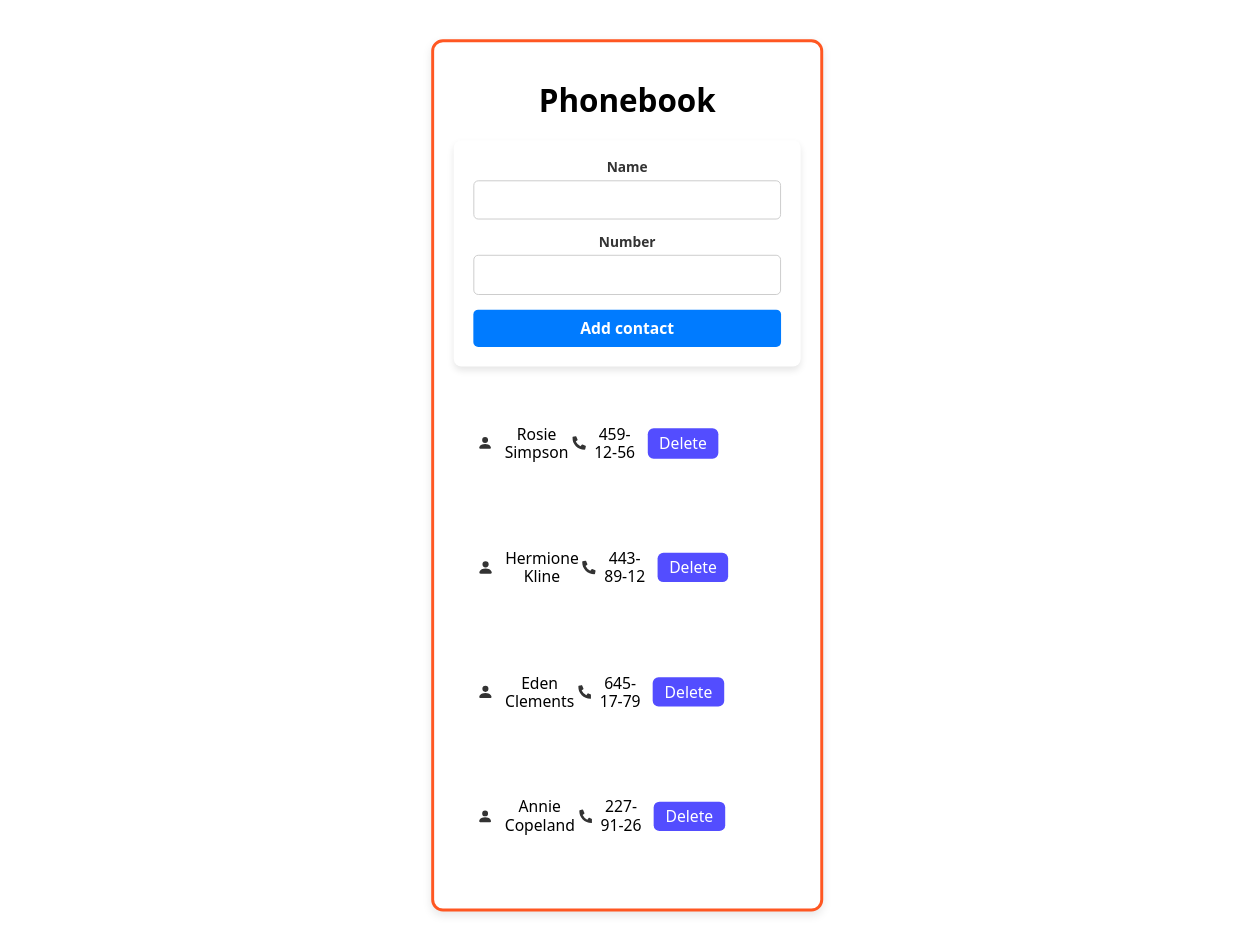
Repository: Evgeniya-Tishakova/goit-react-hw-03
Page: /
An editor plug-in stored every save of this project. The page is shown before and after the next save, followed by the edit.
The browser window is 1280 px wide. The pictures show the whole page, at 98% of full size.
The project was rebuilt for these pictures with package versions that can differ from the ones it lists, and the page was loaded fresh each time. Also part of the build but not shown: vite.config.js, src/index.css.

Above is the page before, as saved 2025-03-09 15:44:31.

After the next save:
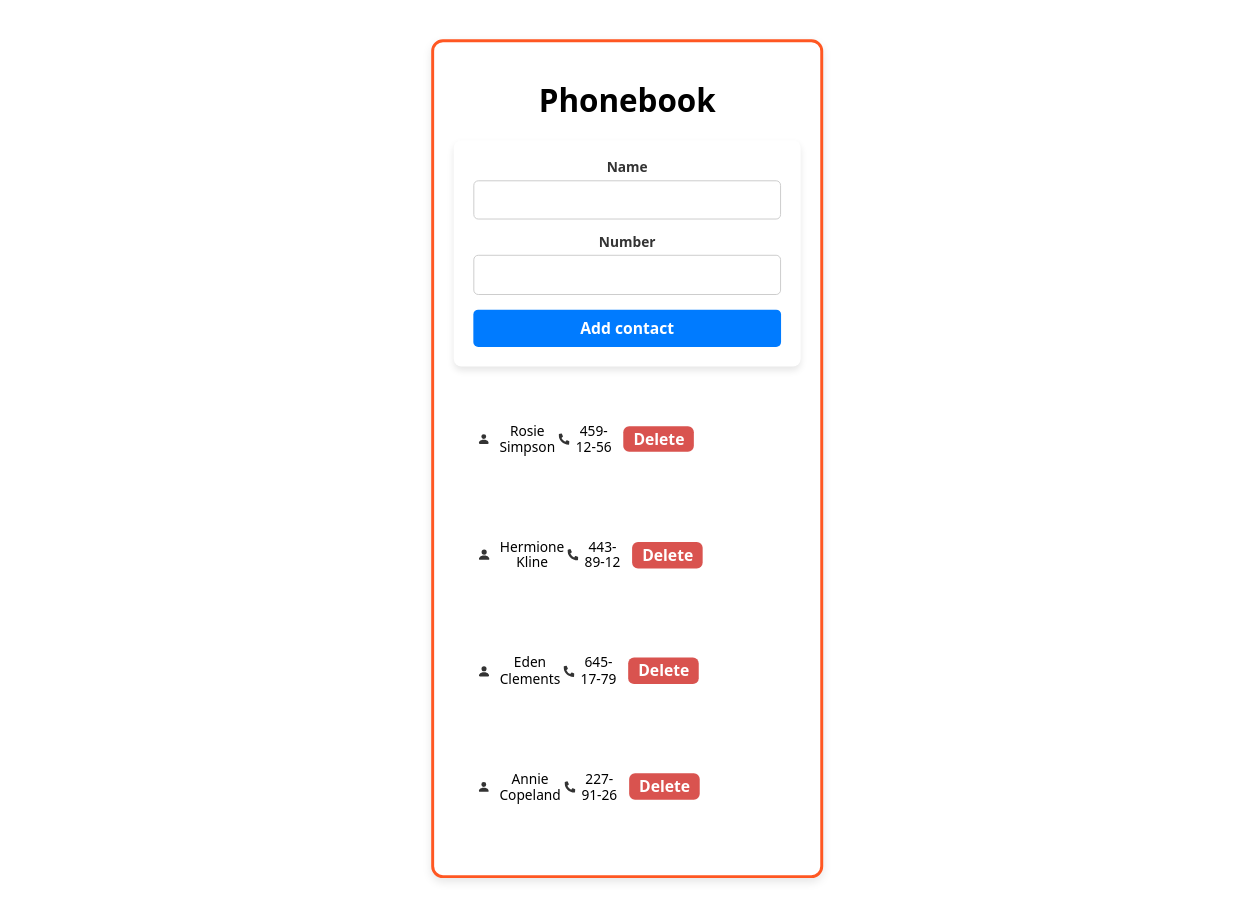
Saved 24 s later.
--- a/src/components/Contact/Contact.module.css
+++ b/src/components/Contact/Contact.module.css
@@ -11,47 +11,79 @@
 
 
 
+.list {
+    display: flex;
+    flex-wrap: wrap;
+    gap: 10px;
+    padding: 0;
+    margin-top: 20px;
+    justify-content: flex-start;
+    list-style: none;
+}
+
+.item {
+    flex: 1 1 calc(33.333% - 10px);
+    /* По 3 контакта в ряд */
+    max-width: 250px;
+    min-width: 200px;
+}
+
+📌 Contact.module.css css Копировать Редактировать .contact {
+    display: flex;
+    justify-content: space-between;
+    align-items: center;
+    padding: 10px;
+    border: 2px solid #333;
+    border-radius: 8px;
+    background-color: #f8f8f8;
+    width: 100%;
+    transition: background-color 0.3s ease-in-out, transform 0.2s ease-in-out;
+}
+
+.contact:hover {
+    background-color: #e0e0e0;
+    transform: scale(1.02);
+}
+
 /* Контейнер для имени и номера */
-.container {
+.contact-info {
     display: flex;
     flex-direction: column;
-    justify-content: center;
-
-    /* Центрирует текст относительно кнопки */
     gap: 4px;
 }
 
 /* Контейнер для текста и иконки */
 .text {
+    font-size: 14px;
+    display: flex;
+    align-items: center;
+    gap: 6px;
+}
+
+/* Иконки */
+.icon {
+    color: #333;
     font-size: 16px;
     display: flex;
     align-items: center;
-    /* Выровнять иконку по центру */
-    gap: 8px;
-}
-
-/* Иконки выравниваются по центру */
-.icon {
-    color: #333;
-    font-size: 18px;
-    display: flex;
-    align-items: center;
     justify-content: center;
-    width: 24px;
-    height: 24px;
+    width: 20px;
+    height: 20px;
 }
 
 /* Кнопка Delete */
 .button {
-    padding: 6px 12px;
-    background-color: #534dff;
+    padding: 4px 10px;
+    background-color: #d9534f;
     border: none;
     color: white;
+    font-weight: bold;
     border-radius: 6px;
     cursor: pointer;
+    transition: background 0.3s ease-in-out, transform 0.2s ease-in-out;
 }
 
 .button:hover {
-    background-color: #cc0000;
+    background-color: #c9302c;
     transform: scale(1.05);
 }
